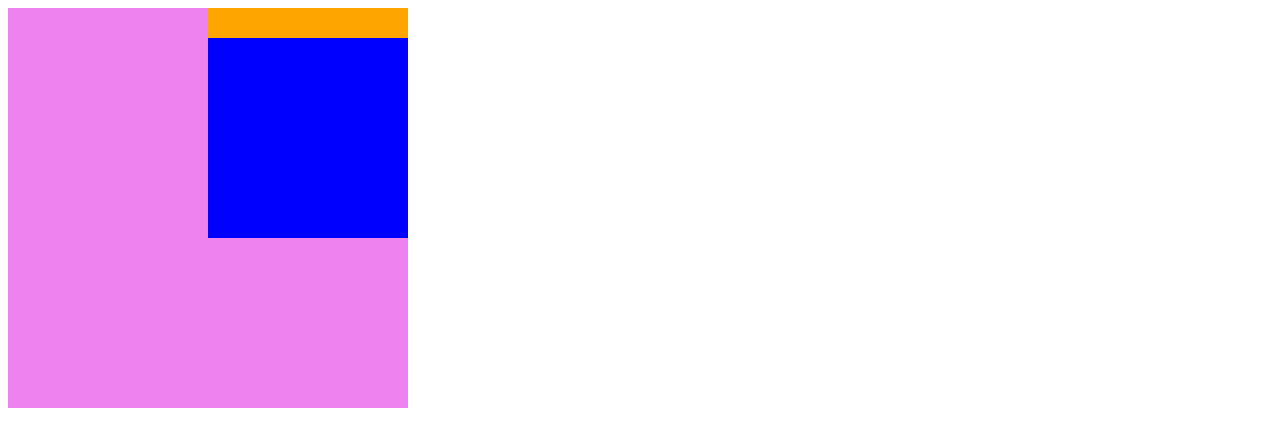
Repository: AytacSafarova/Task-12
Page: index.html
An editor plug-in stored every save of this project. The page is shown before and after the next save, followed by the edit.
The browser window is 1280 px wide. The pictures show the whole page.

Above is the page before, as saved 2023-07-25 14:37:23.

### index.html
<!DOCTYPE html>
<html lang="en">

<head>
    <meta charset="UTF-8">
    <meta name="viewport" content="width=device-width, initial-scale=1.0">
    <title>Document</title>
    <link rel="stylesheet" href="./index.css">
</head>

<body>
    <div class="container">
        <div class="child child1"></div>
        <div class="child child2"></div>
    </div>

</body>

</html>

### index.css
.container{
    width: 400px;
    height: 400px;
    background-color: violet;
    position: relative;
}
.child{
    width: 200px;
    height: 200px;

}

.child1{
    background-color: orange;
    position: absolute;
    top: 0;
    right: 0;

}
.child2{
    background-color: blue;
    position: absolute;
    top: 30px;
    right: 0;
}

After the next save:
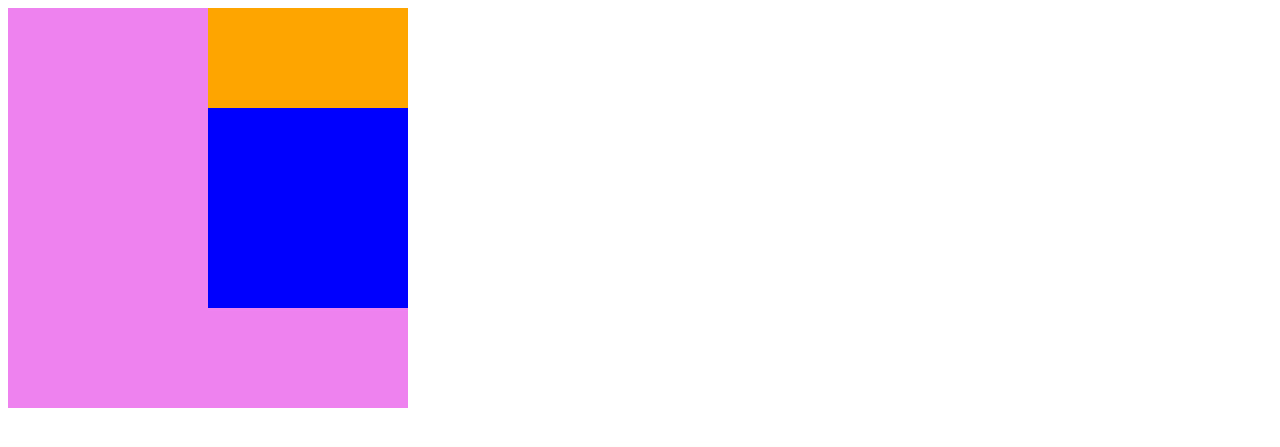
Saved 14 s later.
--- a/index.css
+++ b/index.css
@@ -20,6 +20,6 @@
 .child2{
     background-color: blue;
     position: absolute;
-    top: 30px;
+    top: 100px;
     right: 0;
 }
